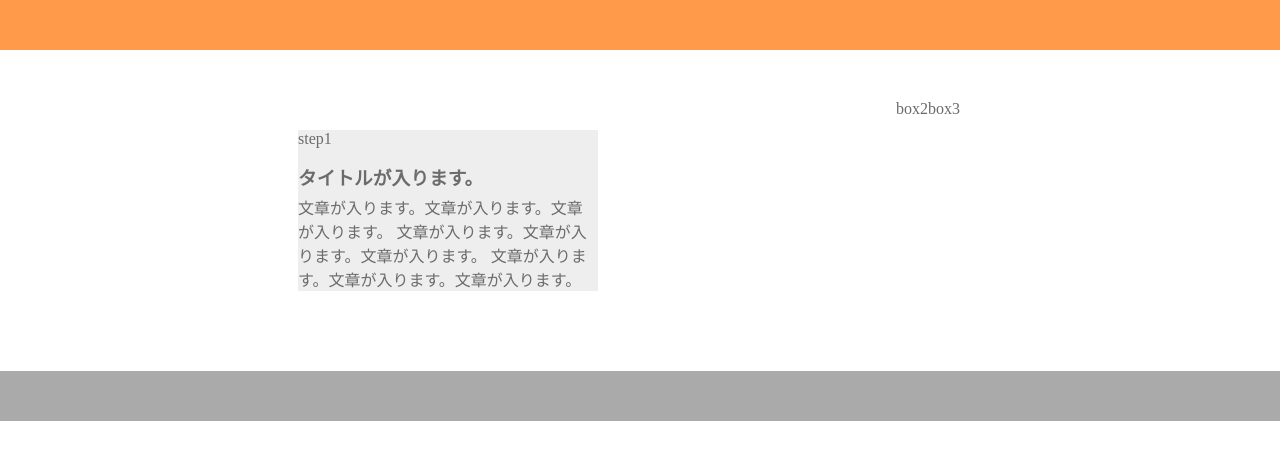
Repository: momopomi/htmlcss
Page: exercise/1-9-2.html
The author's editor kept a record of every edit. The page is drawn from the files as they stood at one moment, then again after the next edit.
The browser window is 1280 px wide. The pictures show the whole page.
Some web libraries are served in a nearby version.

Above is the page before.

After the next edit:
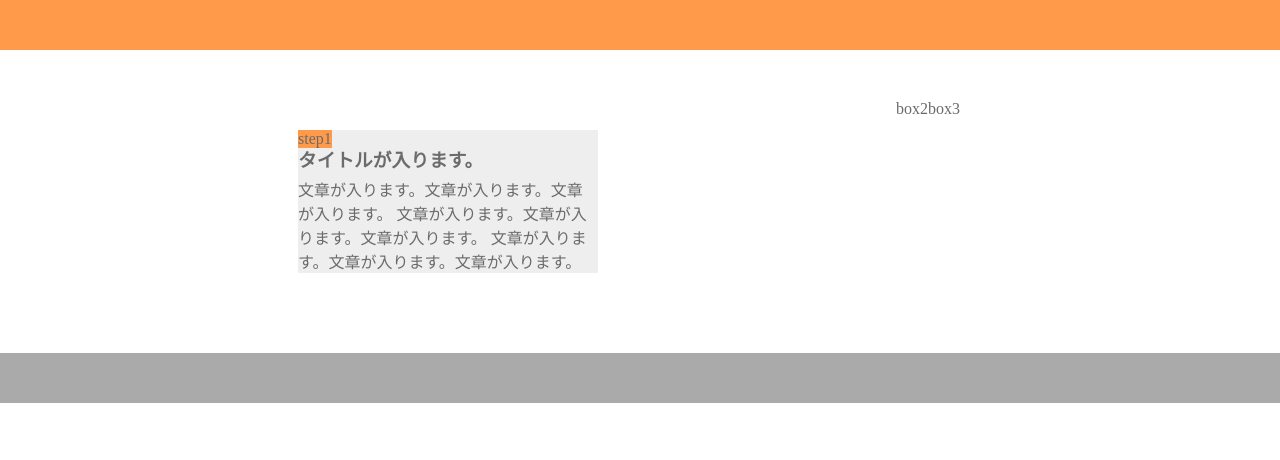
The edit:
--- a/exercise/1-9-2.html
+++ b/exercise/1-9-2.html
@@ -13,14 +13,14 @@
     </header>
 
     <main>
-      <div class=big-box>
-        <div class=box1>
-          <div class=background></div>
-          <div class=box1-1>step1</div>
-          <h3>タイトルが入ります。</h3>
-          <p>文章が入ります。文章が入ります。文章が入ります。
-             文章が入ります。文章が入ります。文章が入ります。
-             文章が入ります。文章が入ります。文章が入ります。</p>
+      <div class="big-box">
+        <div class="box1">
+          <div class="background"></div>
+            <span>step1</span>
+            <h3>タイトルが入ります。</h3>
+            <p>文章が入ります。文章が入ります。文章が入ります。
+               文章が入ります。文章が入ります。文章が入ります。
+               文章が入ります。文章が入ります。文章が入ります。</p>
         </div>
 
         <div>box2</div>
